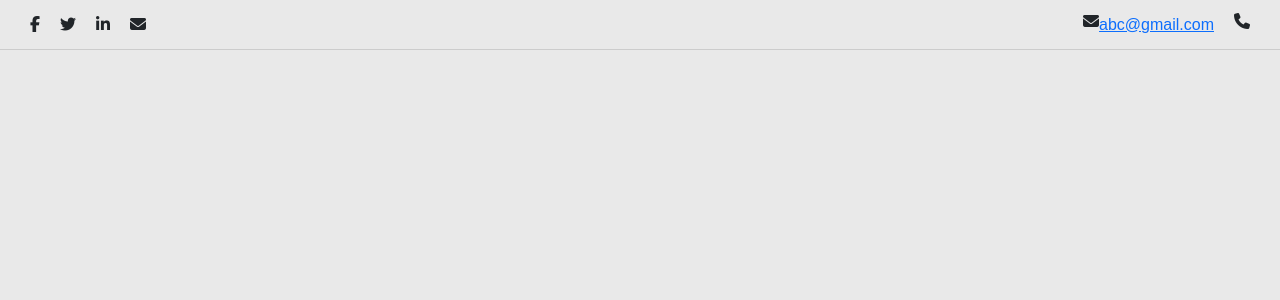
Repository: arehmanraza/lawyer_website
Page: Pages/index.html
An editor plug-in stored every save of this project. The page is shown before and after a run of saves, followed by the edit.
The browser window is 1280 px wide. The pictures show the whole page.
Some web libraries are served in a nearby version.

Above is the page before, as saved 2024-05-22 01:16:45.

### Pages/index.html
<!DOCTYPE html>
<html lang="en">
  <head>
    <meta charset="utf-8" />
    <meta name="viewport" content="width=device-width, initial-scale=1" />
    <title>The Lawyer</title>
    <link
      rel="stylesheet"
      href="https://pro.fontawesome.com/releases/v5.10.0/css/all.css"
      integrity="sha384-AYmEC3Yw5cVb3ZcuHtOA93w35dYTsvhLPVnYs9eStHfGJvOvKxVfELGroGkvsg+p"
      crossorigin="anonymous"
    />
    <link rel="stylesheet" href="/Styling/style.css" />
    <link
      rel="stylesheet"
      href="https://cdnjs.cloudflare.com/ajax/libs/font-awesome/6.5.2/css/all.min.css"
      integrity="sha512-SnH5WK+bZxgPHs44uWIX+LLJAJ9/2PkPKZ5QiAj6Ta86w+fsb2TkcmfRyVX3pBnMFcV7oQPJkl9QevSCWr3W6A=="
      crossorigin="anonymous"
      referrerpolicy="no-referrer"
    />
    <link
      href="https://cdn.jsdelivr.net/npm/bootstrap@5.3.3/dist/css/bootstrap.min.css"
      rel="stylesheet"
      integrity="sha384-QWTKZyjpPEjISv5WaRU9OFeRpok6YctnYmDr5pNlyT2bRjXh0JMhjY6hW+ALEwIH"
      crossorigin="anonymous"
    />
  </head>
  <body>
    <div class="main-container">
      <div class="head_top">
        <div class="head_top_left">
          <ul>
            <li>
              <i class="fa-brands fa-facebook-f"></i>
            </li>
            <li>
              <i class="fa-brands fa-twitter"></i>
            </li>
            <li>
              <i class="fa-brands fa-linkedin-in"></i>
            </li>
            <li>
              <i class="fa-solid fa-envelope"></i>
            </li>
          </ul>
        </div>
        <div class="head_top_right">
          <ul>
            <li class="d-flex">
              <i class="fa-solid fa-envelope"></i>
              <span><a href = "mailto: a.rehman78766@gmail.com">abc@gmail.com</a></span>
            </li>
            <li>
              <i class="fa-solid fa-phone"></i>
            </li>
          </ul>
        </div>
      </div>
    </div>
    <script
      src="https://cdn.jsdelivr.net/npm/bootstrap@5.3.3/dist/js/bootstrap.bundle.min.js"
      integrity="sha384-YvpcrYf0tY3lHB60NNkmXc5s9fDVZLESaAA55NDzOxhy9GkcIdslK1eN7N6jIeHz"
      crossorigin="anonymous"
    ></script>
  </body>
</html>

### Styling/style.css
*{
    margin: 0;
    padding: 0;
    box-sizing: border-box;
    font-family: Arial, Helvetica, sans-serif, "Montserrat";
}
.main-container{
    background-color: #e9e9e9;
    width: 100%;
    height: 100vh;
    padding: 0px;
}

.head_top {
    width: 100%;
    height: 50px;
    display: flex;
    justify-content: space-between;
    align-items: center; /* Center items vertically */
    border-bottom: 1px solid #ccc;
    padding: 0px 20px;
}

.head_top_left {

    display: flex; /* Ensure the left container is also using flexbox */
    align-items: center; /* Center items vertically */
}
.head_top_left ul {
    display: flex;
    width: 50%;
    list-style: none;
    padding: 0;
    margin: 0;
}
.head_top_left ul li{
    padding: 0px 10px;
}
.head_top_right{
    display: flex;
    align-items: center;
}
.head_top_right ul{
    display: flex;
    width: 50%;
    list-style: none;
    padding: 0;
    margin: 0;
}
.head_top_right ul li{
    padding: 0px 10px;
    display: flex;
    justify-content: center;
}

After the next 2 saves:
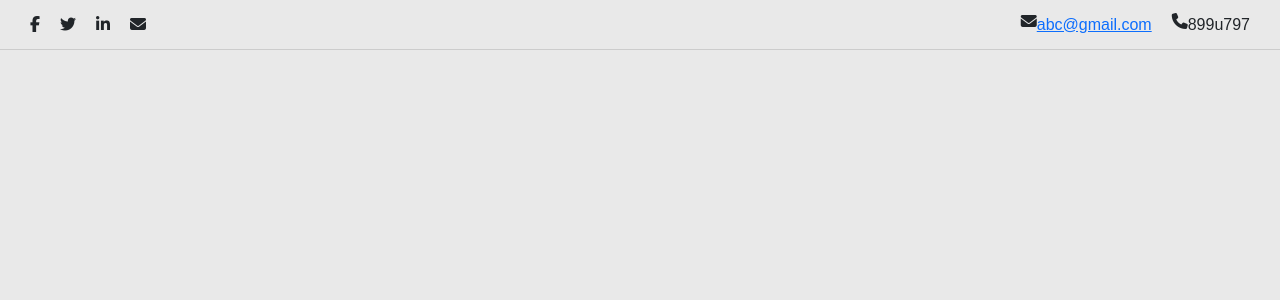
The 2 saves are shown as one change because they came seconds apart.
The last was saved 9 s later.
--- a/Pages/index.html
+++ b/Pages/index.html
@@ -52,6 +52,7 @@
             </li>
             <li>
               <i class="fa-solid fa-phone"></i>
+              <span>899u797</span>
             </li>
           </ul>
         </div>

After the save that followed:
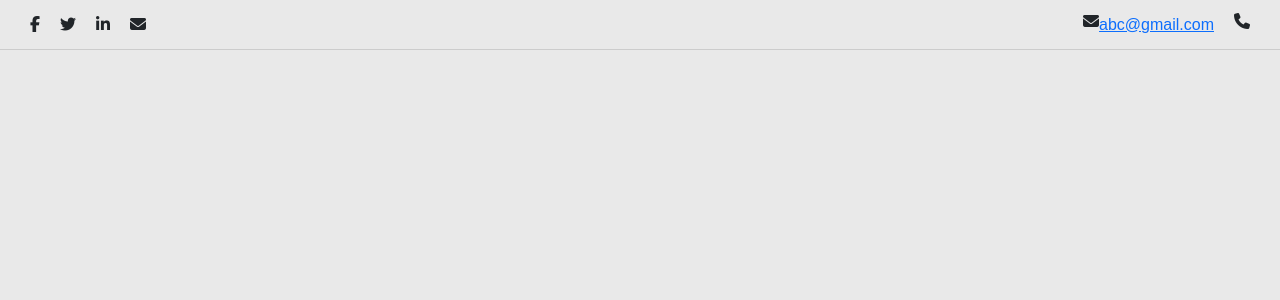
Saved 4 s later.
--- a/Pages/index.html
+++ b/Pages/index.html
@@ -52,7 +52,7 @@
             </li>
             <li>
               <i class="fa-solid fa-phone"></i>
-              <span>899u797</span>
+              <span></span>
             </li>
           </ul>
         </div>
